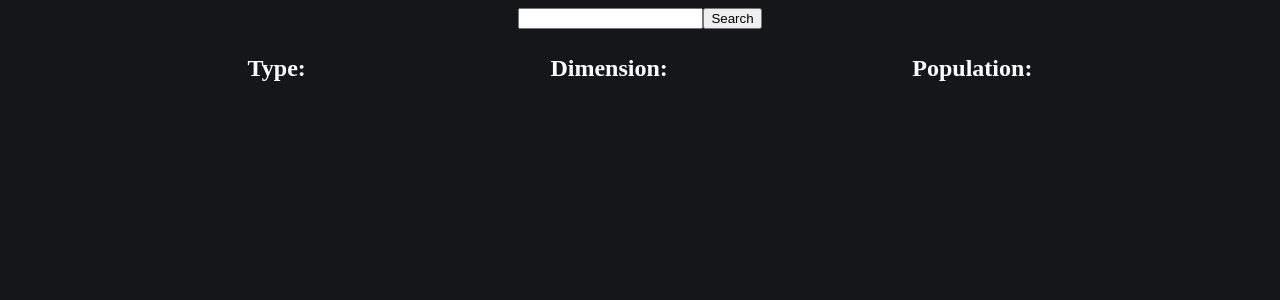
Repository: RobertAries28/ApiRickyMortin
Page: /
An editor plug-in stored every save of this project. The page is shown before and after the next save, followed by the edit.
The browser window is 1280 px wide. The pictures show the whole page.
The page's requests for data from a server got no answer. The project was rebuilt for these pictures with package versions that can differ from the ones it lists, and the page was loaded fresh each time. No one was signed in, and anything a server would have sent is missing. Also part of the build but not shown: src/ResidentInfo.js.

Above is the page before, as saved 2022-04-29 09:43:24.

### src/index.css

body{
  background: #141618;
  color: white;
}

.information h1{
  font-weight: bold;
}

.information span{
  font-weight: 300;
}

.information_data{
  display: flex;
  justify-content: space-evenly;
}

.personaje{
  display: flex;
  justify-content: space-evenly;

  margin: 30px;
  background: #53575A;
  text-align: left;
}

.personaje img{
  flex-shrink: 0;
  flex-grow: 0;
}

.personaje .status span{
  font-size: 50px;
 color: red;
}

.personaje li{
 margin: 0px;
  font-size: 30px;
  font-weight: bolder;
}



.personaje h1,h2{
  margin: 5px;
}

.personaje span{

  font-size: 20px;

}

.personaje_information{
  display: flex;
  flex-direction: column;
  justify-content: space-evenly;
  margin: 0 10px;
  flex-shrink: 1;
  flex-grow: 0;
}

.personajeList{
  display: flex;
  flex-wrap: wrap;
  justify-content: space-evenly;
}

### src/App.js

import './App.css';
import Locationinfo from './LocationInfo';

const App=() =>{
  return (
    <div className="App">
      <Locationinfo/>
    </div>
  );
}

export default App;

### src/LocationInfo.js
import axios from 'axios';
import React, { useEffect, useState } from 'react';
import './index.css';
import Residentslist from './ResidentsList';
import Searchbox from './SearchBox';

const Locationinfo = () => {
     const [information,setInformation]= useState({})
    useEffect(()=>{
        const random= Math.floor(Math.random()*126)+1;
        axios.get(`https://rickandmortyapi.com/api/location/${random}`)
         .then(res=> setInformation(res.data));

    },[])

    console.log(information)
    return (
        <div className='information'>
            <Searchbox setInformation={setInformation}/>
            <h1>{information.name}</h1>
            <div className='information_data'>
            <h2>Type: <span>{information.type}</span></h2>
            <h2>Dimension: <span>{information.dimension}</span></h2>
            <h2>Population: <span>{information.residents?.length}</span></h2>
            </div>
            <Residentslist urls={information?.residents}/>
        </div>
    );
}

export default Locationinfo;

### src/ResidentsList.js
import React from 'react';
import Residentinfo from './ResidentInfo';
import './index.css';

const Residentslist = ({urls}) => {
    return (
        <div className='personajeList'>
            {
                urls?.map(url=>(
                    <Residentinfo information={url} key={url}/>
                ))
            }
        </div>
    );
}

export default Residentslist;

### src/SearchBox.js
import axios from 'axios';
import React, { useState } from 'react';

const Searchbox = ({setInformation}) => {
    const [ typeId, setTypeId]= useState("")

    const searchType=()=>{
    axios.get(`https://rickandmortyapi.com/api/location/${typeId}/`)
       .then(res=> setInformation(res.data))
    }

    return (
        <div>
              <input
                type="text"
                onChange={e=> setTypeId(e.target.value)}
                value={typeId}
            />

            <button onClick={searchType}>
                Search
            </button>
        </div>
    );
}

export default Searchbox;

Loaded but not shown: public/index.html (common file); src/index.js (common file); src/App.css (common file)

After the next save:
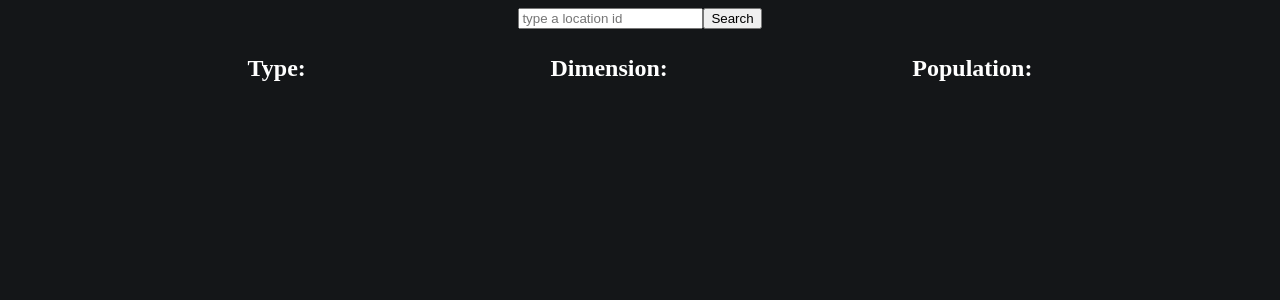
Saved 3 min 47 s later.
--- a/src/SearchBox.js
+++ b/src/SearchBox.js
@@ -15,6 +15,7 @@ const Searchbox = ({setInformation}) => {
                 type="text"
                 onChange={e=> setTypeId(e.target.value)}
                 value={typeId}
+                placeholder="type a location id"
             />
 
             <button onClick={searchType}>
